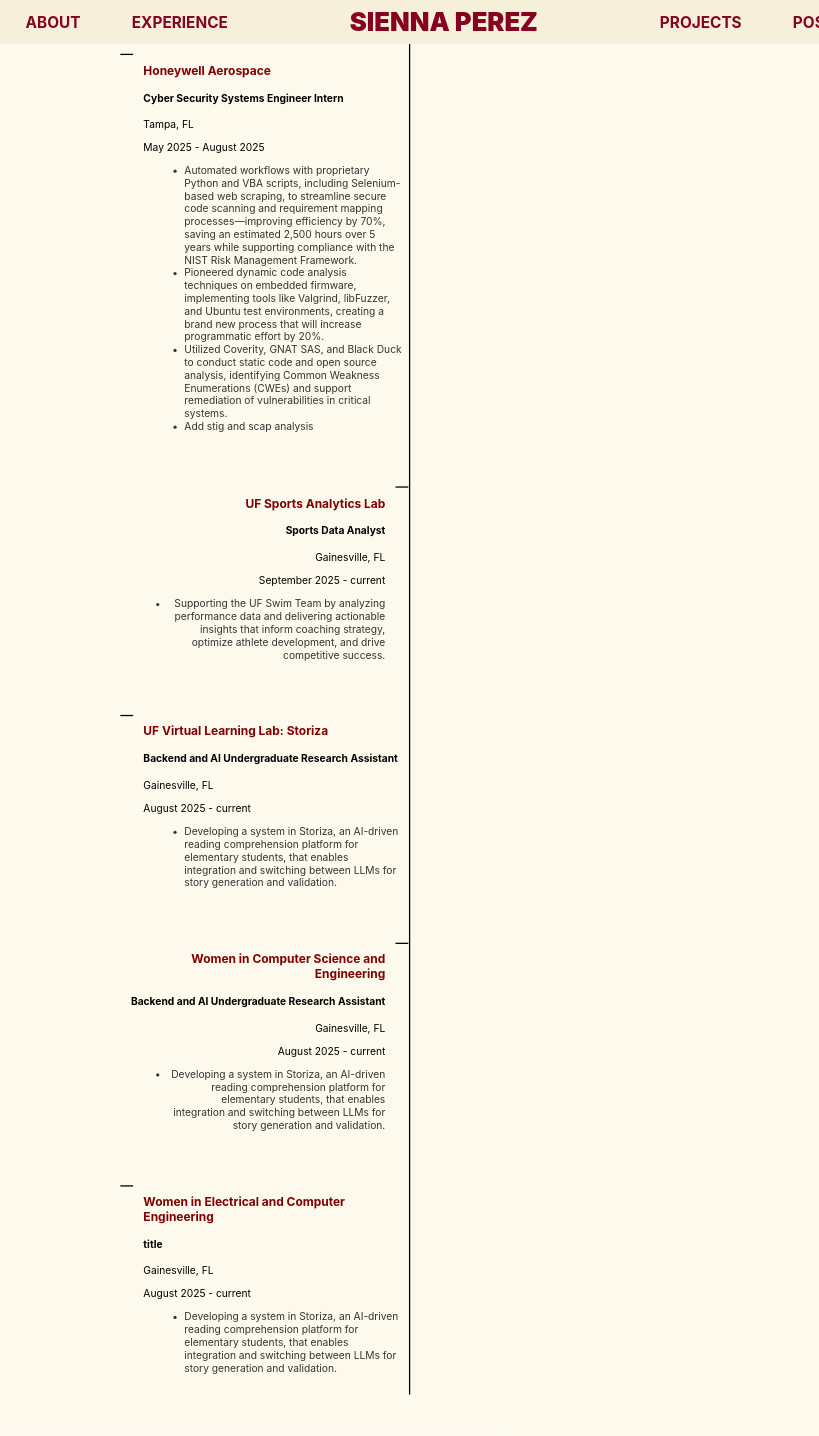
Repository: siennaperez/siennaperezweb
Page: /experience
An editor plug-in stored every save of this project. The page is shown before and after the next save, followed by the edit.
The browser window is 1280 px wide. The pictures show the whole page, at 64% of full size.
The project was rebuilt for these pictures with package versions that can differ from the ones it lists, and the page was loaded fresh each time. Also part of the build but not shown: src/App.css, src/pages/About.css, src/pages/About.js, src/pages/Home.js.

Above is the page before, as saved 2025-09-21 15:27:03.

After the next save:
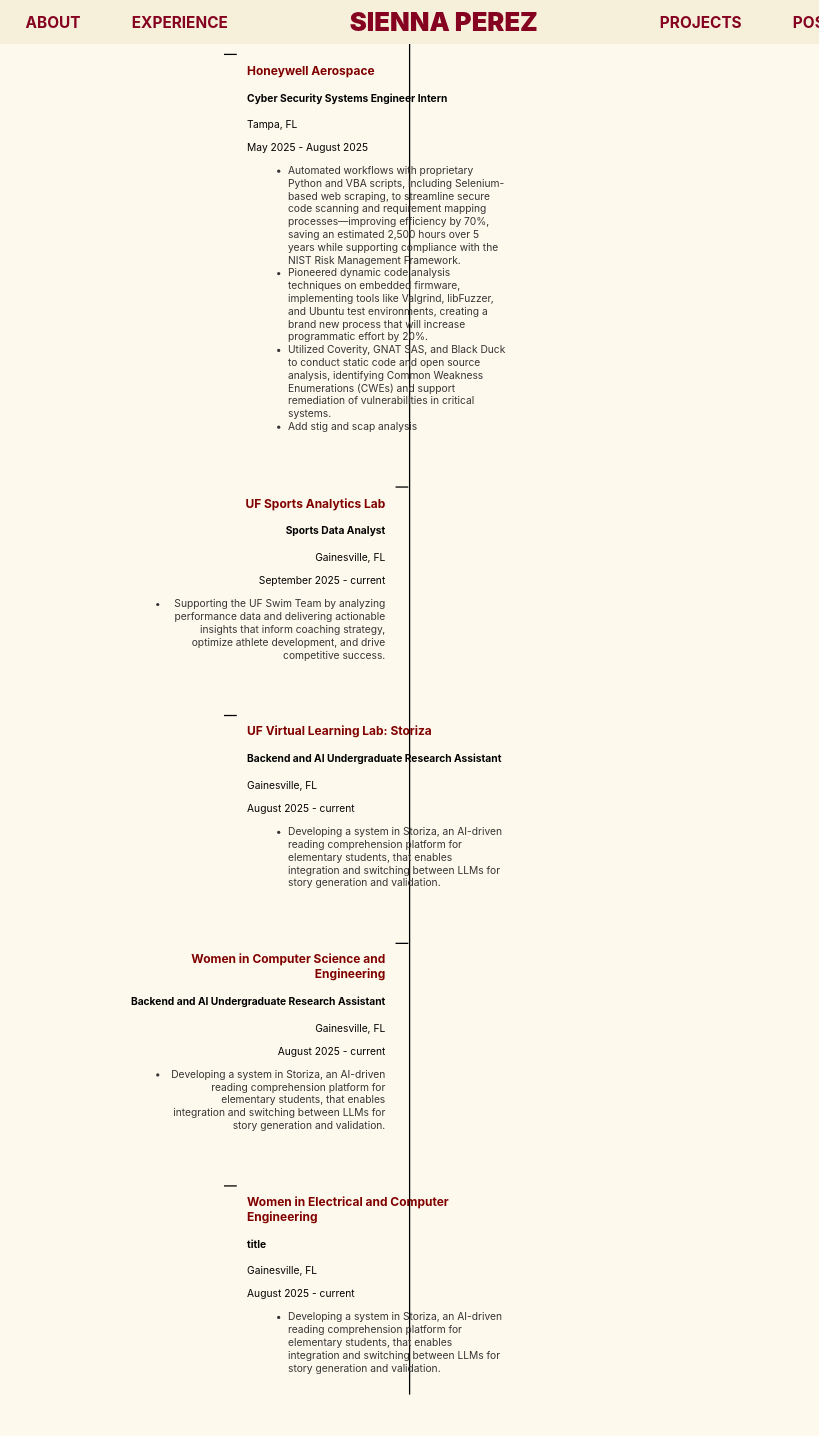
Saved 8 s later.
--- a/src/pages/Experience.css
+++ b/src/pages/Experience.css
@@ -47,7 +47,7 @@
 
 .timeline-item.right {
   text-align: left;
-  left: 2%;
+  left: 20%;
 }
 
 /* Add connector line */
